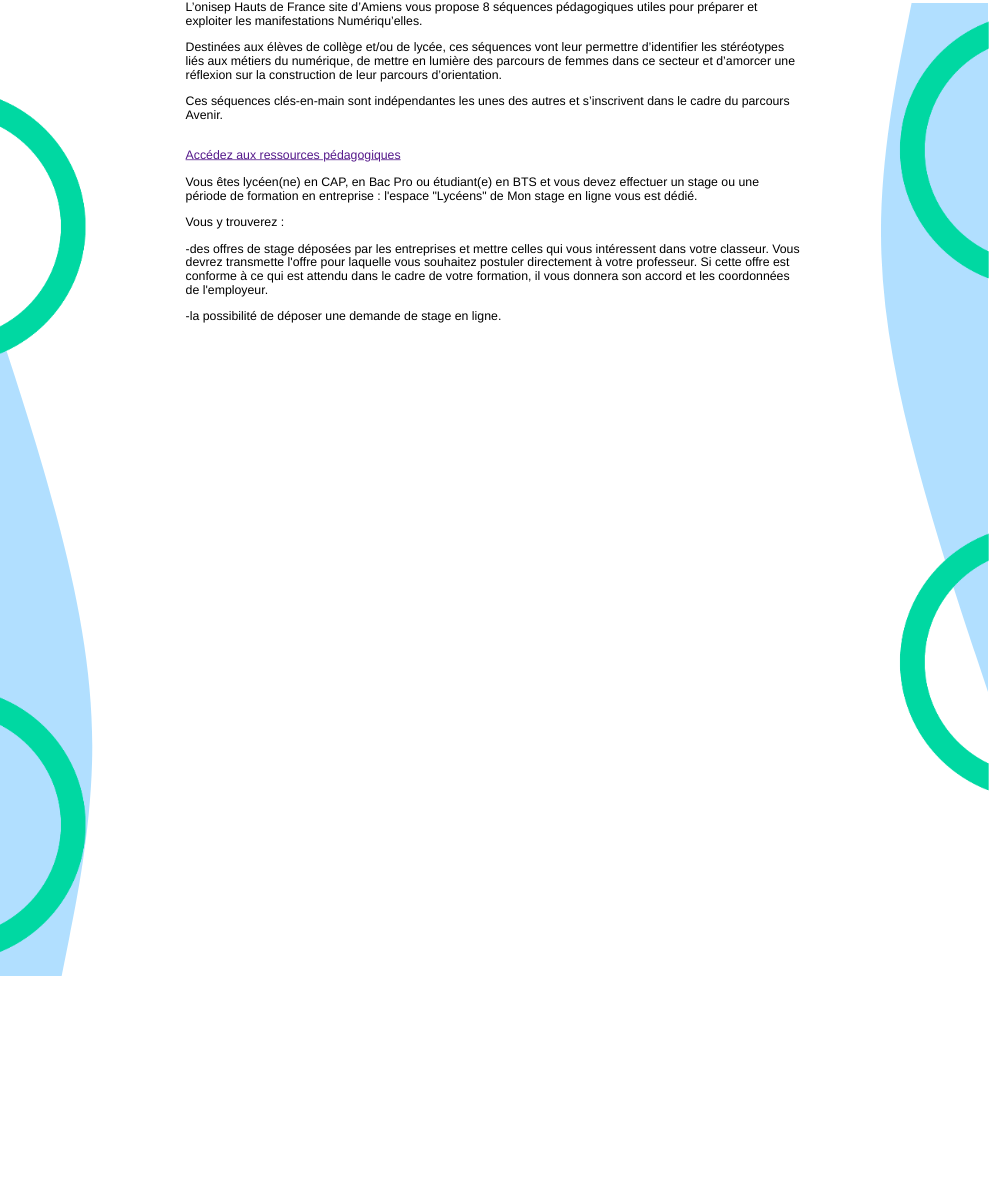
Repository: FrancisClerfayt/NumeriquElles
Page: preparation.html
An editor plug-in stored every save of this project. The page is shown before and after the next save, followed by the edit.
The browser window is 1280 px wide. The page is 1284 px wide, so the pictures cover 1284 px, including what lies to the right of the window. The pictures show the whole page, at 77% of full size.

Above is the page before, as saved 2020-10-27 16:00:25.

### preparation.html
<!DOCTYPE html>
<html lang="en">

<head>
    <meta charset="UTF-8">
    <meta name="viewport" content="width=device-width, initial-scale=1.0">
    <title>Aller plus loins</title>
    <link rel="stylesheet" href="preparation.css">
</head>

<body>
    <header></header>
    <section class="pagePeparation">
        <div class="backgroudImg">
            <img src="img/round-ConvertImage_gaitubao_369x121.png" alt="" class="imgLeftTop">
            <img src="img/wave.svg" alt="" class="imgLeftLong">
            <img src="img/round-ConvertImage_gaitubao_369x121.png" alt="" class="imgLeftBottom">
        </div>

        <div class="contenuePreparation">
          <p class="textHautP">L’onisep Hauts de France site d’Amiens vous propose 8 séquences pédagogiques utiles pour préparer et exploiter les manifestations Numériqu’elles.</p>
          <p class="textHautP">Destinées aux élèves de collège et/ou de lycée, ces séquences vont leur permettre d’identifier les stéréotypes liés aux métiers du numérique, de mettre en lumière des parcours de femmes dans ce secteur et d’amorcer une réflexion sur la construction de leur parcours d’orientation.</p>
          <p class="textHautP">Ces séquences clés-en-main sont indépendantes les unes des autres et s’inscrivent dans le cadre du parcours Avenir.</p>
            <img src="" alt="" class="imgHautP">
            <div class="greenBouton">
                <a href="">Accédez aux ressources pédagogiques</a>

            </div>
            <img src="" alt="" class="imgblue">
            <div class="textBottomP">
                <P class="blackF">Vous êtes lycéen(ne) en CAP, en Bac Pro ou étudiant(e) en BTS et vous devez effectuer un stage ou une période de formation en entreprise  : l'espace "Lycéens" de Mon stage en ligne vous est dédié. </P>
                <P class="blackF">Vous y trouverez :</P>
                <p><span class="blackF">    -des offres de stage déposées par les entreprises</span> et mettre celles qui vous intéressent dans votre
                    classeur. Vous devrez transmette l'offre pour laquelle vous souhaitez postuler directement à votre
                    professeur. Si cette offre est conforme à ce qui est attendu dans le cadre de votre formation,  il vous
                    donnera son accord et les coordonnées de l'employeur.</p>
                <p><span class="blackF">   -la possibilité de déposer une demande de stage en ligne. </span></p>
                <p><span class="blackF"></span></p>
                <p><span class="blackF"></span></p>
                <p><span class="blackF"></span></p>
            </div>



        </div>


        <div class="backgroudImg">
            <img src="img/round-ConvertImage_gaitubao_369x121.png" alt="" class="imgRightTop">
            <img src="img/wave.svg" alt="" class="imgRightLong">
            <img src="img/round-ConvertImage_gaitubao_369x121.png" alt="" class="imgRightBottom">
        </div>
    </section>
    <footer></footer>
</body>

</html>

### preparation.css
*{
    margin: 0;
    padding:0

}

body {
    font-family:  Helvetica Neue ,Arial, Helvetica, sans-serif ;
    text-align: left;
}
p {
    margin-bottom: 1em;
}
.pagePeparation {
    display: flex;
    flex-direction: row;
}
/* les décroration de page commence */
.backgroudImg {
    display: flex;
    flex-direction: column;
    justify-content: flex-start;
}
.imgLeftTop,
.imgLeftBottom {
    transform: rotate(90deg);
    margin-left: -8em;
    padding-left: 0;
    margin-bottom: 26em;
    margin-top: 15em;

}
.imgLeftLong {
    transform: rotate(90deg);
    position: absolute;
    width: 70%;
    left: -23em;
    top: 45em;
    z-index: -2;
    opacity: .3;
}

.imgRightLong {
    transform: rotate(-90deg);
    position: absolute;
    width: 70%;
    right: -22em;
    top: 22em;
    z-index: -2;
    opacity: .3;
}


.imgRightTop,
.imgRightBottom {
    transform: rotate(-90deg);
    margin-right: -8em;
    padding-left: 0;
    margin-bottom: 26em;
    margin-top: 8em;
    z-index: 2;
}
.imgCentreBottom {
    transform: rotate(180deg);
    margin-right: 5em;
    z-index: -1;
    margin-top: 0;
}
/* les décroration de page fini */

/*
.telecharge > a {
    background-color: #62D3A4;
    border-radius: 2em;
    color: beige;
    text-align: center;
    margin: 1.5em auto;
    padding: 1em;
    text-decoration: none;
} */

After the next save:
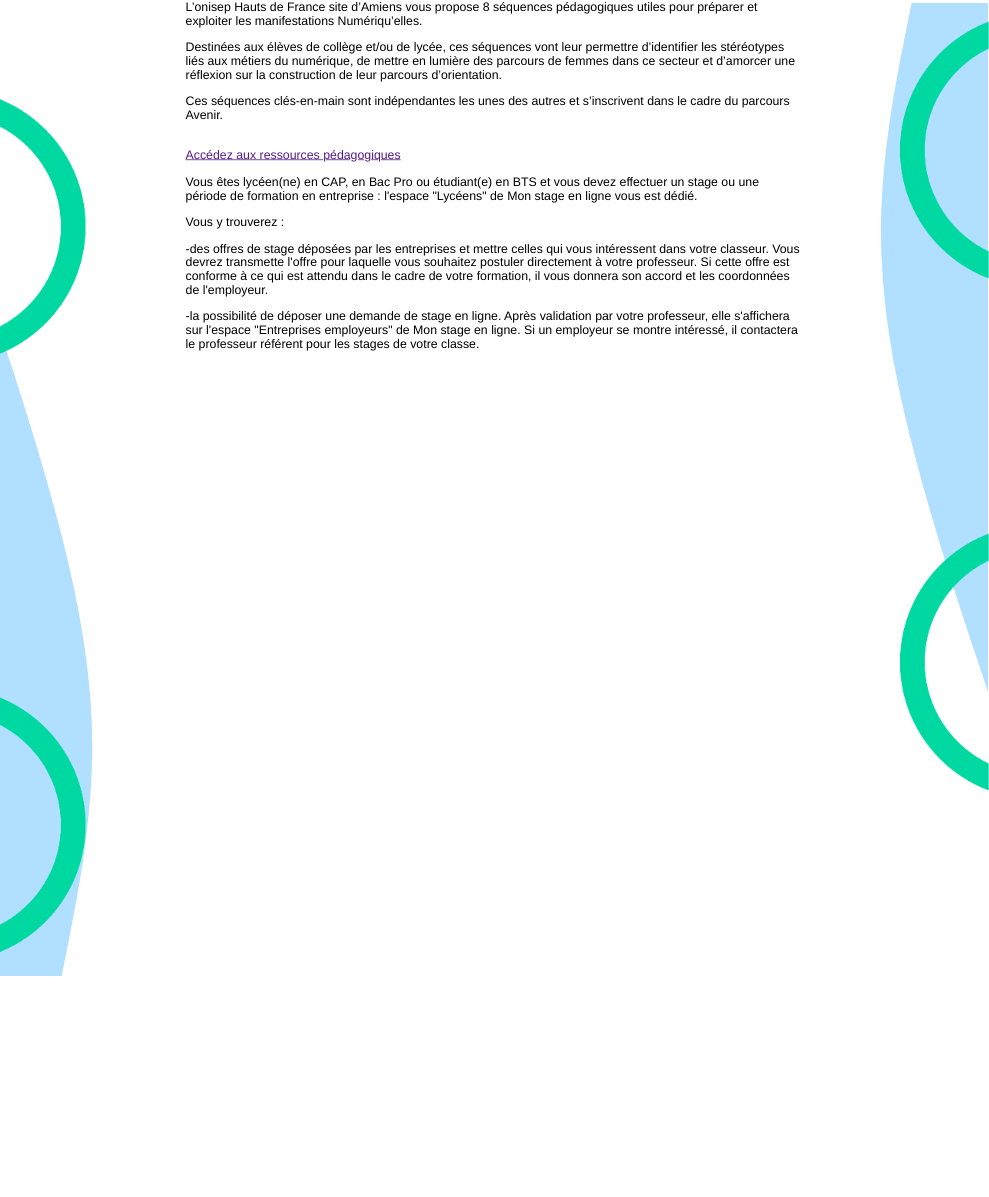
Saved 23 s later.
--- a/preparation.html
+++ b/preparation.html
@@ -34,7 +34,10 @@
                     classeur. Vous devrez transmette l'offre pour laquelle vous souhaitez postuler directement à votre
                     professeur. Si cette offre est conforme à ce qui est attendu dans le cadre de votre formation,  il vous
                     donnera son accord et les coordonnées de l'employeur.</p>
-                <p><span class="blackF">   -la possibilité de déposer une demande de stage en ligne. </span></p>
+                <p><span class="blackF">   -la possibilité de déposer une demande de stage en ligne. </span>Après validation par votre professeur, elle
+                    s'affichera sur l'espace "Entreprises employeurs" de Mon stage en ligne. Si un employeur se montre
+                    intéressé, il contactera le professeur référent pour les stages de votre classe.
+              </p>
                 <p><span class="blackF"></span></p>
                 <p><span class="blackF"></span></p>
                 <p><span class="blackF"></span></p>
